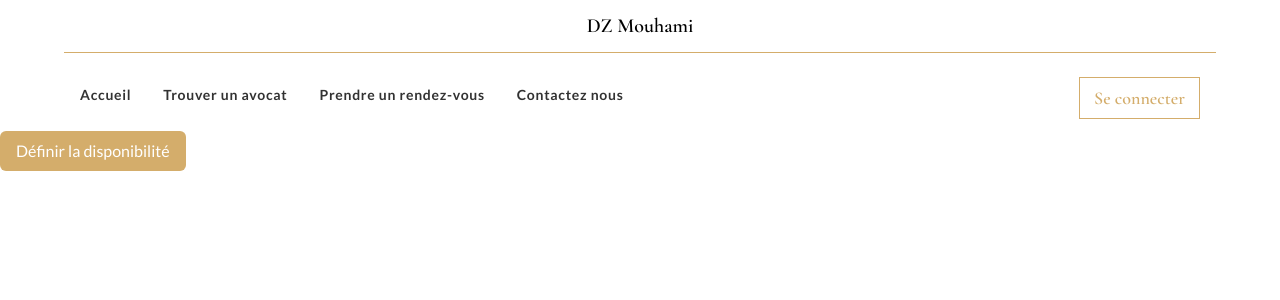
Repository: Chekrouba-Tinhinane/Mohami_dz
Page: /Available (app in client/)
An editor plug-in stored every save of this project. The page is shown before and after the next save, followed by the edit.
The browser window is 1280 px wide. The pictures show the whole page.
The page's requests for data from a server got no answer. The project was rebuilt for these pictures with package versions that can differ from the ones it lists, and the page was loaded fresh each time. No one was signed in, and anything a server would have sent is missing. Also part of the build but not shown: client/vite.config.js, client/src/components/super/Footer.jsx, client/src/LandingPage.jsx, client/src/SignIn.jsx, client/src/components/Selector.jsx, client/src/components/SearchContainer.jsx, client/src/components/LawyerCard.jsx, client/src/components/SearchBar.jsx and 13 more.

Above is the page before, as saved 2024-01-28 03:42:01.

After the next save:
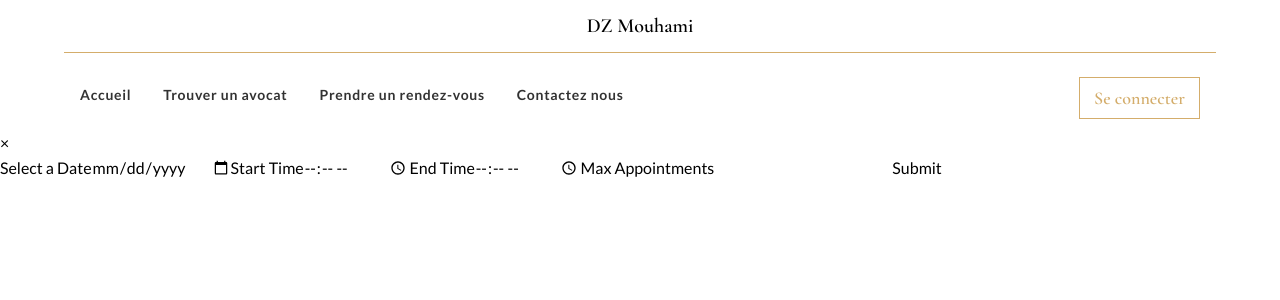
Saved 40 s later.
--- a/client/src/AvailabilityForm.jsx
+++ b/client/src/AvailabilityForm.jsx
@@ -1,41 +1,104 @@
-import React, { useState } from "react";
+import React from "react";
 import { useFormik } from "formik";
 import axios from "axios";
-import AvailabilityForm from "./AvailabilityForm"; // Import the AvailabilityForm component
 
-const SetAvailabilityModal = ({ onClose }) => {
+const initialValues = {
+  DateInterval: "",
+  HeureDebut: "",
+  HeureFin: "",
+  NbrMaxRdv: "",
+  id_avocat: 1
+};
+
+const validate = (values) => {
+  const errors = {};
+  if (!values.DateInterval) {
+    errors.DateInterval = "Date is required";
+  }
+  if (!values.HeureDebut) {
+    errors.HeureDebut = "Start time is required";
+  }
+  if (!values.HeureFin) {
+    errors.HeureFin = "End time is required";
+  }
+  if (!values.NbrMaxRdv) {
+    errors.NbrMaxRdv = "Max appointments is required";
+  } else if (isNaN(values.NbrMaxRdv)) {
+    errors.NbrMaxRdv = "Max appointments must be a number";
+  }
+  return errors;
+};
+
+const AvailabilityForm = ({ handleClose }) => { // Accept handleClose function as prop
+  const formik = useFormik({
+    initialValues,
+    validate,
+    onSubmit: async (values) => {
+      try {
+        const response = await axios.post(
+          "http://192.168.137.210:8000/creneau/add_creneau",
+          values
+        );
+        console.log("Response:", response.data);
+        // Handle success response
+        handleClose(); // Close the modal on successful form submission
+      } catch (error) {
+        console.error("Error:", error);
+        // Handle error response
+      }
+    },
+  });
+
   return (
-    <div className="modal">
-      <div className="modal-content">
-        <span className="close" onClick={onClose}>&times;</span>
-        <AvailabilityForm />
-      </div>
+    <div className="modal-content">
+      <span className="close" onClick={handleClose}>
+        &times;
+      </span>
+      <form onSubmit={formik.handleSubmit}>
+        <label htmlFor="DateInterval">Select a Date</label>
+        <input
+          id="DateInterval"
+          name="DateInterval"
+          type="date"
+          value={formik.values.DateInterval}
+          onChange={formik.handleChange}
+        />
+        {formik.errors.DateInterval && <div>{formik.errors.DateInterval}</div>}
+
+        <label htmlFor="HeureDebut">Start Time</label>
+        <input
+          id="HeureDebut"
+          name="HeureDebut"
+          type="time"
+          value={formik.values.HeureDebut}
+          onChange={formik.handleChange}
+        />
+        {formik.errors.HeureDebut && <div>{formik.errors.HeureDebut}</div>}
+
+        <label htmlFor="HeureFin">End Time</label>
+        <input
+          id="HeureFin"
+          name="HeureFin"
+          type="time"
+          value={formik.values.HeureFin}
+          onChange={formik.handleChange}
+        />
+        {formik.errors.HeureFin && <div>{formik.errors.HeureFin}</div>}
+
+        <label htmlFor="NbrMaxRdv">Max Appointments</label>
+        <input
+          id="NbrMaxRdv"
+          name="NbrMaxRdv"
+          type="number"
+          value={formik.values.NbrMaxRdv}
+          onChange={formik.handleChange}
+        />
+        {formik.errors.NbrMaxRdv && <div>{formik.errors.NbrMaxRdv}</div>}
+
+        <button type="submit">Submit</button>
+      </form>
     </div>
   );
 };
 
-const SetAvailabilityButton = () => {
-  const [showModal, setShowModal] = useState(false);
-
-  const openModal = () => {
-    setShowModal(true);
-  };
-
-  const closeModal = () => {
-    setShowModal(false);
-  };
-
-  return (
-    <div>
-      <button
-        onClick={openModal}
-        className="bg-primary text-white px-4 py-2 rounded-md hover:opacity-80"
-      >
-        Définir la disponibilité
-      </button>
-      {showModal && <SetAvailabilityModal onClose={closeModal} />}
-    </div>
-  );
-};
-
-export default SetAvailabilityButton;
+export default AvailabilityForm;
